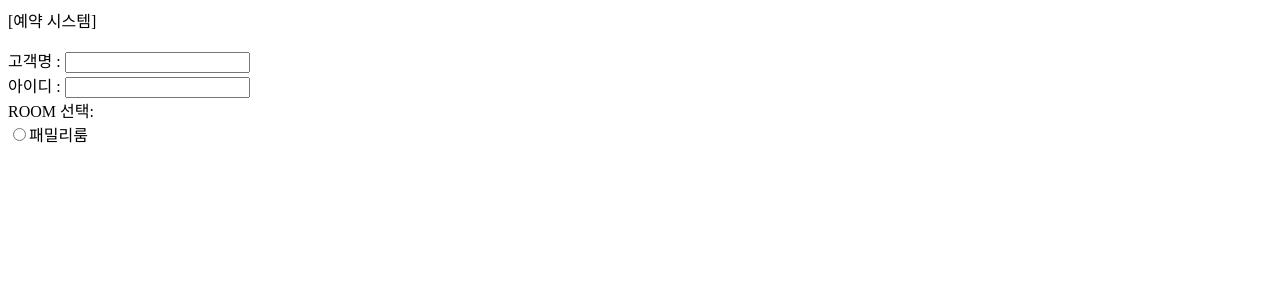
Repository: mnemion/BackendClass
Page: http://localhost/web/m/reserve.jsp
The author's editor kept a copy of each file at every save. The page is drawn from the files as they stood at one save, then again after the next save.
The browser window is 1280 px wide. The pictures show the whole page.
The page is served by Tomcat 9.

Above is the page before, as saved 2023-08-31 06:41:44.

After the next save:
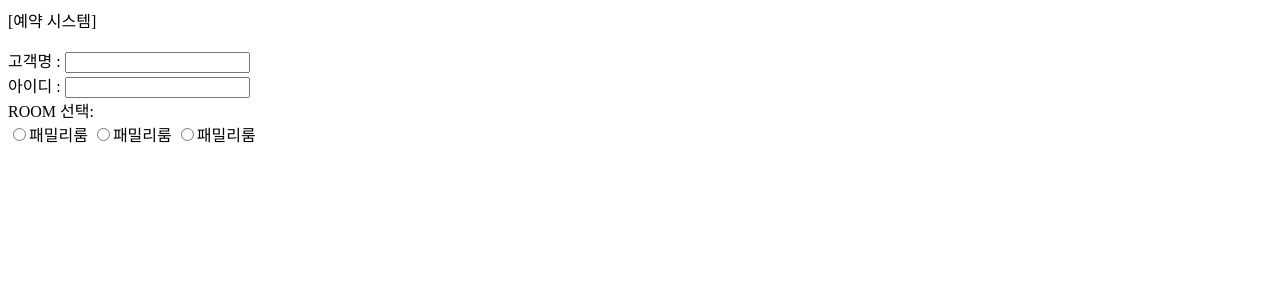
Saved 8 s later.
--- a/web/src/main/webapp/m/reserve.jsp
+++ b/web/src/main/webapp/m/reserve.jsp
@@ -8,5 +8,10 @@ ROOM 선택: <br>
 <label>
 <input type="radio" name="room">패밀리룸
 </label>
-<br>
+<label>
+<input type="radio" name="room">패밀리룸
+</label>
+<label>
+<input type="radio" name="room">패밀리룸
+</label>
 </div>
